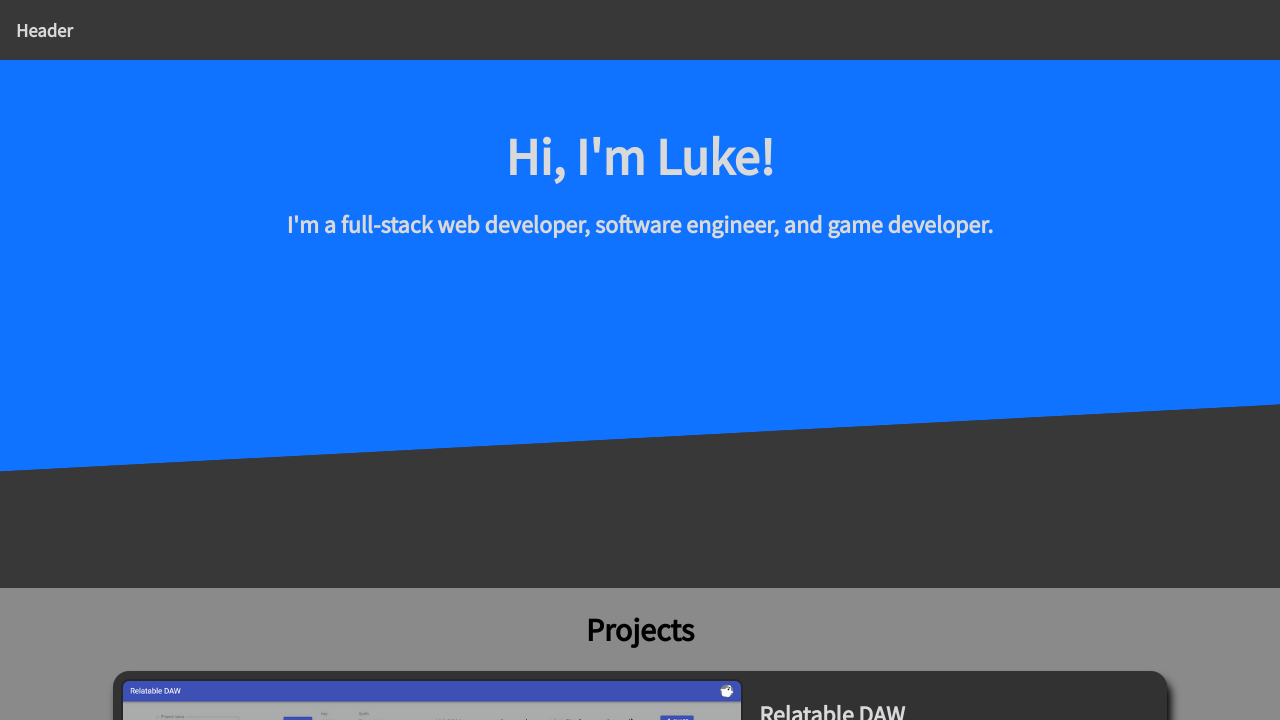
Repository: lbodwell/Personal-Website
Page: index.html
The author's editor kept a copy of each file at every save. The page is drawn from the files as they stood at one save, then again after the next save.
The browser window is 1280 px wide. The pictures show the whole page.
An inner scrolling area shows only its first screen.

Above is the page before, as saved 2022-04-04 04:43:32.

After the next save:
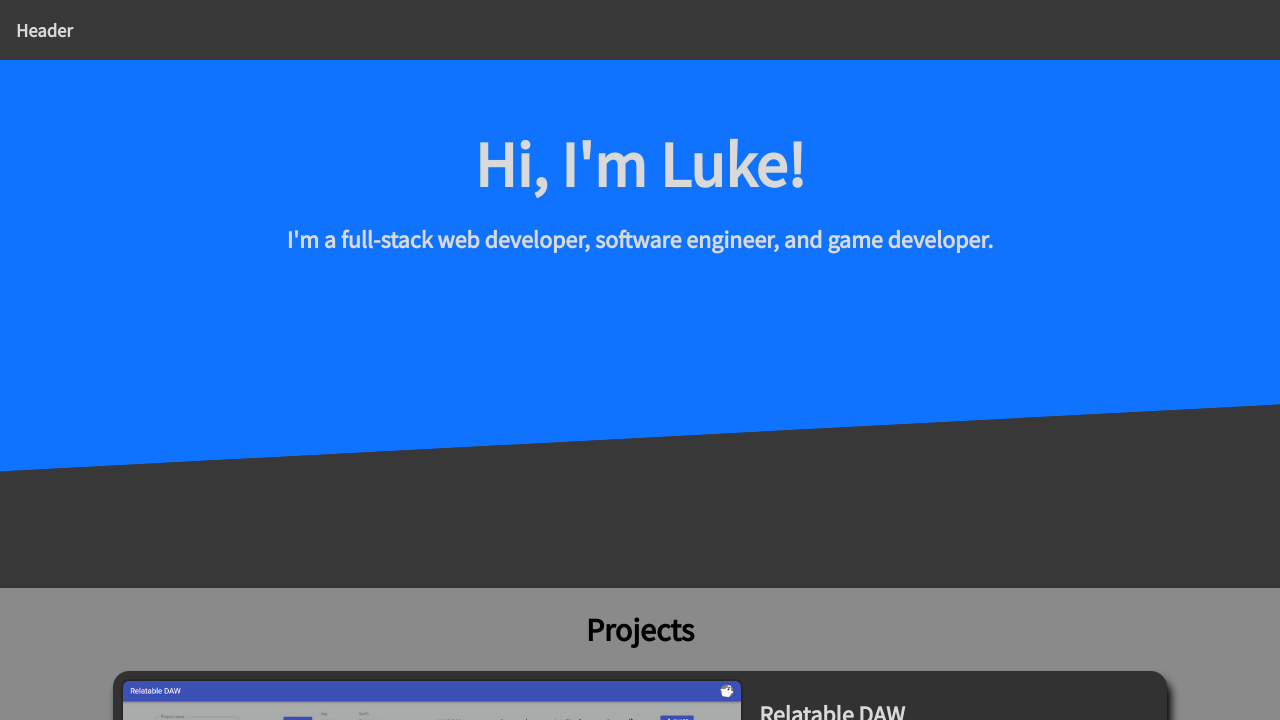
Saved 4 s later.
--- a/styles.css
+++ b/styles.css
@@ -39,7 +39,7 @@ content {
 }
 
 .intro > h1 {
-    font-size: 52px;
+    font-size: 64px;
     margin: 0;
 }
 
